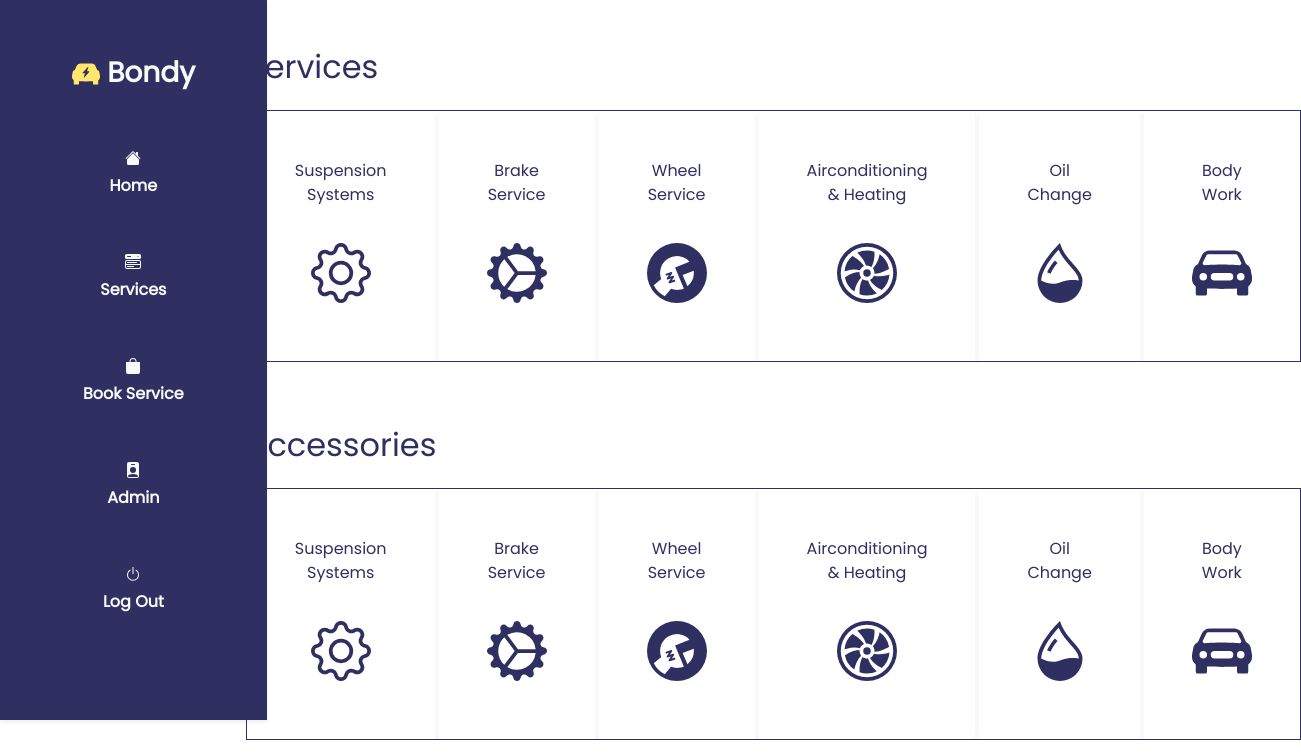
Repository: duzzisantos/bondy
Page: /
An editor plug-in stored every save of this project. The page is shown before and after the next save, followed by the edit.
The browser window is 1280 px wide. The page is 1301 px wide, then 1280 px, so the pictures cover 1301 px, including what lies to the right of the window. The pictures show the whole page.
Some web libraries are served in a nearby version. The project was rebuilt for these pictures with package versions that can differ from the ones it lists, and the page was loaded fresh each time.

Above is the page before, as saved 2023-06-18 01:16:34.

After the next save:
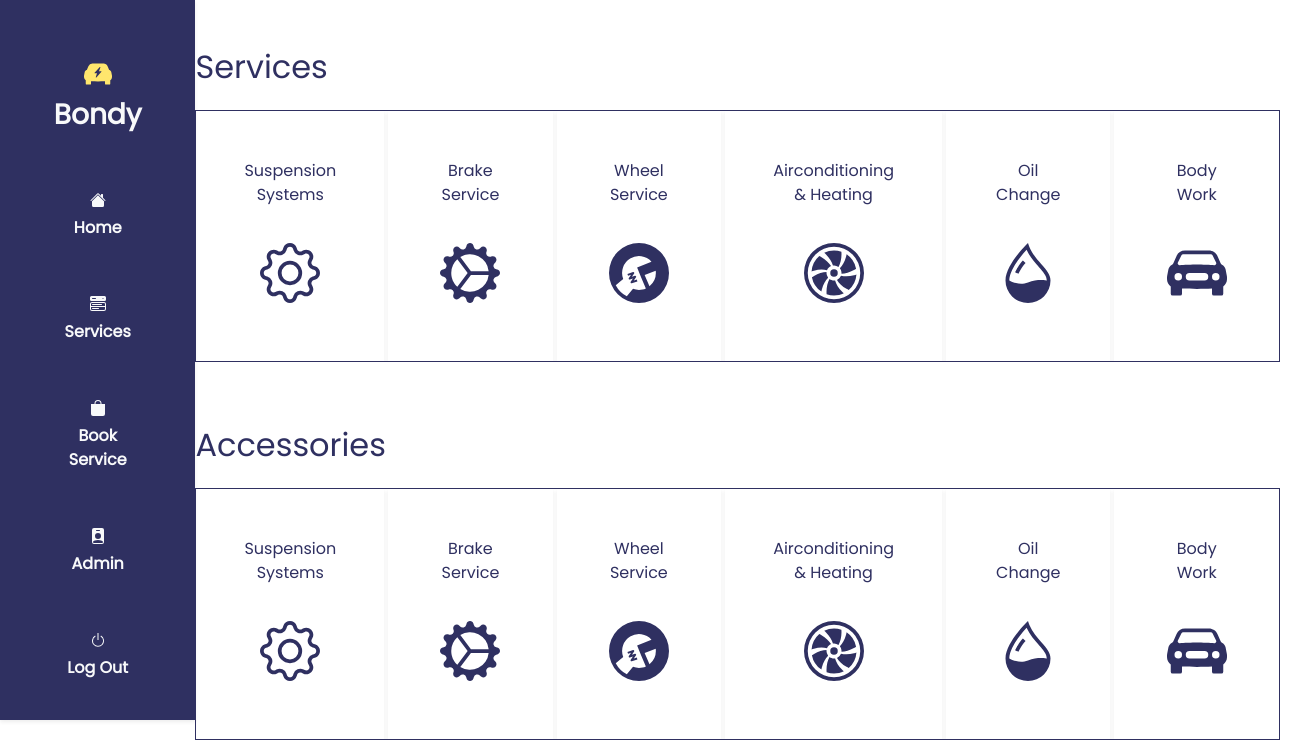
Saved 37 s later.
--- a/src/views/LandingPage.tsx
+++ b/src/views/LandingPage.tsx
@@ -8,7 +8,7 @@ const LandingPage: FunctionComponent = () => {
     console.log("This was clicked");
   };
   return (
-    <div className="col-lg-9 pt-5 vstack gap-5 d-flex flex-column align-items-center">
+    <div className="col-lg-12 pt-5 vstack gap-5 d-flex flex-column align-items-center">
       <LandingPageScrollContainer
         content={servicesList}
         category="Services"
